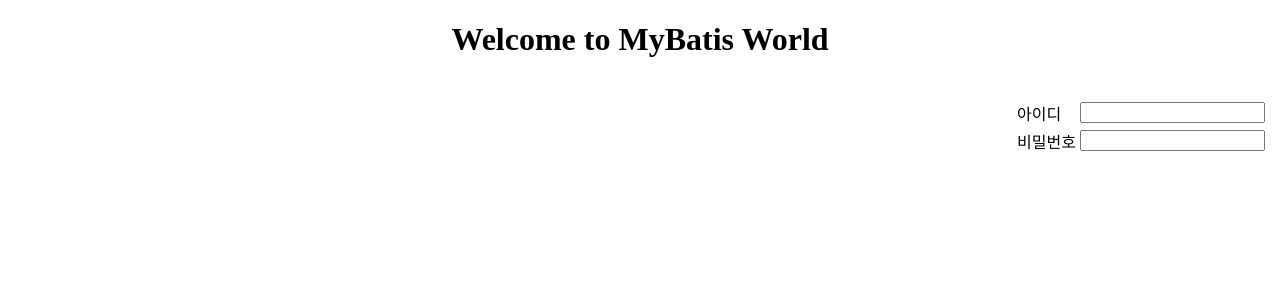
Repository: kimalbab/07_mybatis
Page: http://localhost/mybatisProject/
An editor plug-in stored every save of this project. The page is shown before and after the next save, followed by the edit.
The browser window is 1280 px wide. The pictures show the whole page.
The page is served by Tomcat 9. Other server files are loaded and not shown.

Above is the page before, as saved 2022-08-12 05:36:03.

### mybatisProject/src/main/webapp/index.jsp
<%@ page language="java" contentType="text/html; charset=UTF-8"
    pageEncoding="UTF-8"%>
<%@ taglib prefix="c" uri="http://java.sun.com/jsp/jstl/core"  %>
<!DOCTYPE html>
<html>
<head>
<meta charset="UTF-8">
<title>Insert title here</title>
</head>
<body>
	<h1>여기는 index.jsp임</h1>
	<jsp:forward page="WEB-INF/views/main.jsp"/>

</body>
</html>

### mybatisProject/src/main/webapp/WEB-INF/views/main.jsp
<%@ page language="java" contentType="text/html; charset=UTF-8"
    pageEncoding="UTF-8"%>
<%@ taglib prefix="c" uri="http://java.sun.com/jsp/jstl/core"  %>
<!DOCTYPE html>
<html>
<head>
<meta charset="UTF-8">
<title>Insert title here</title>
</head>
<body>
	<jsp:include page="common/menubar.jsp"/>

</body>
</html>

### mybatisProject/src/main/webapp/WEB-INF/views/common/menubar.jsp
<%@ page language="java" contentType="text/html; charset=UTF-8"
    pageEncoding="UTF-8"%>
<%@ taglib prefix="c" uri="http://java.sun.com/jsp/jstl/core"  %>
<!DOCTYPE html>
<html>
<head>
<meta charset="UTF-8">
<title>Insert title here</title>
</head>
<body>
	<h1 align="center">Welcome to MyBatis World</h1>
	<br>
	<div class="login-area" align="right">

		<c:choose>
			<c:when test="${ empty sessionScope.loginUser }">
			<!-- 로고인 전 -->
				<form action="" method="post">
					<table>
						<tr>
							<td>아이디</td>
							<td><input type="text" name="userId" required></td>
							<td></td>
						</tr>
						<tr>
							<td>비밀번호</td>
							<td><input type="password" name="userPwd" required></td>
							<td></td>
						</tr>
						<tr>
							<td></td>
							<td></td>
							<td></td>
						</tr>
					</table>
				</form>
			</c:when>
			<c:otherwise>
			<!-- 로고인 후 -->

			</c:otherwise>
		</c:choose>

	</div>
</body>
</html>

After the next save:
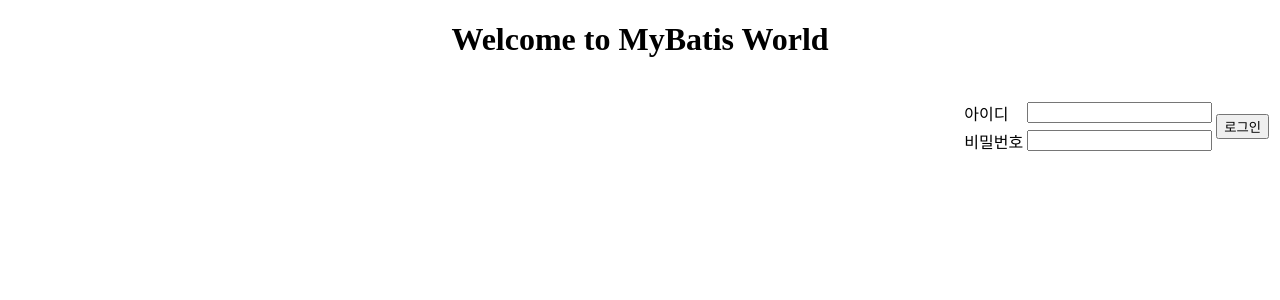
Saved 2 min 44 s later.
--- a/mybatisProject/src/main/webapp/WEB-INF/views/common/menubar.jsp
+++ b/mybatisProject/src/main/webapp/WEB-INF/views/common/menubar.jsp
@@ -20,12 +20,11 @@
 						<tr>
 							<td>아이디</td>
 							<td><input type="text" name="userId" required></td>
-							<td></td>
+							<td rowspan="2"><button type="submit">로그인</button></td>
 						</tr>
 						<tr>
 							<td>비밀번호</td>
 							<td><input type="password" name="userPwd" required></td>
-							<td></td>
 						</tr>
 						<tr>
 							<td></td>
